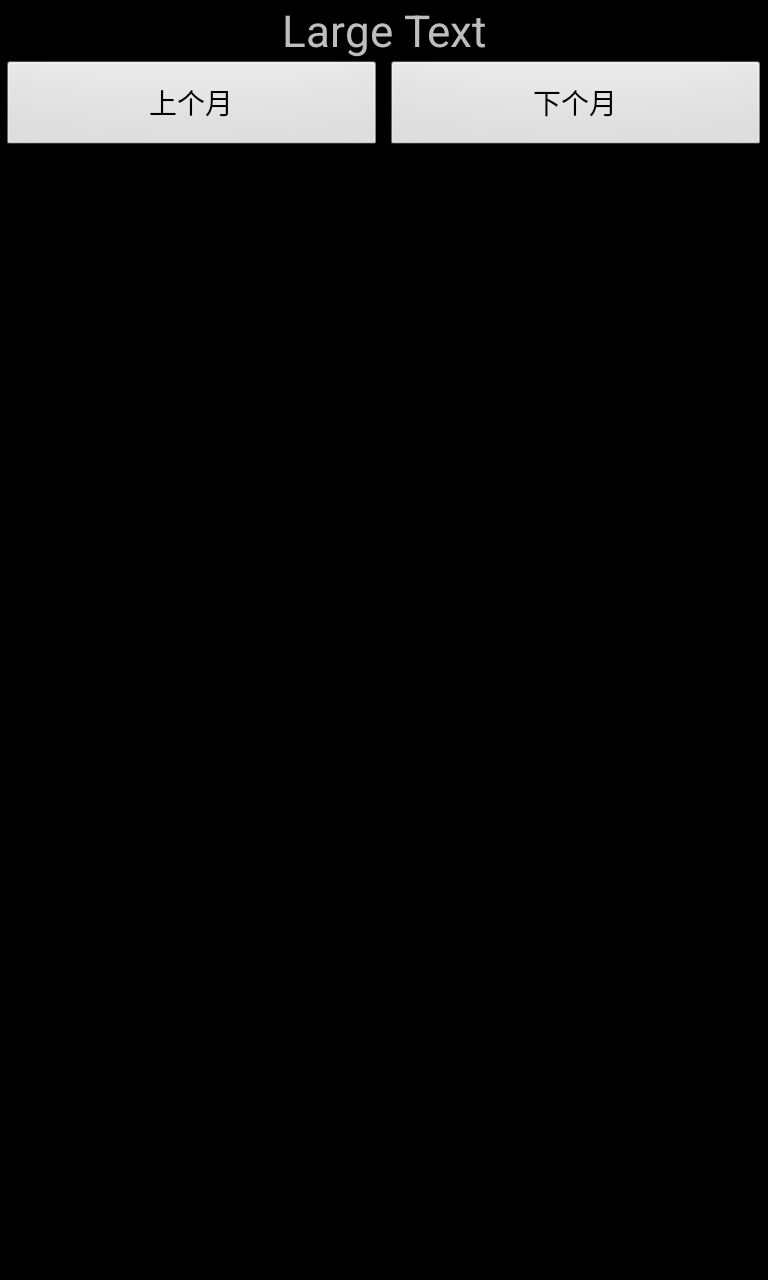
Repository: gongxinge/money-android
Layout: P2P/res/layout/billdetaillist.xml
The author's editor kept a copy of each file at every save. The layout is drawn from the files as they stood at one save, then again after the next save.
It is drawn on a 768 x 1280 px phone screen (xhdpi) without system bars, with theme android:Theme; the app's code is not run. Lists and similar views that code fills are empty.

Above is the layout before, as saved 2015-06-28 08:20:02.

### P2P/res/layout/billdetaillist.xml
<?xml version="1.0" encoding="utf-8"?>
<LinearLayout xmlns:android="http://schemas.android.com/apk/res/android"
    android:layout_width="match_parent"
    android:layout_height="match_parent"
    android:orientation="vertical" >
    <LinearLayout
        android:id="@+id/llCenter"
        android:layout_width="fill_parent"
        android:layout_height="wrap_content"
        android:orientation="vertical" >
    <TextView
        android:id="@+id/txtMonthInfo"
        android:layout_width="fill_parent"
        android:layout_height="wrap_content"
        android:gravity="center"
        android:text="Large Text"
        android:textSize="22dp" />
</LinearLayout>
    <LinearLayout
        android:id="@+id/llCenter"
        android:layout_width="fill_parent"
        android:layout_height="wrap_content"
        android:orientation="horizontal" >

        <Button
            android:id="@+id/btnBack"
            android:layout_width="wrap_content"
            android:layout_height="wrap_content"
            android:layout_weight="1"
            android:text="上个月" />

        <Button
            android:id="@+id/btnBack"
            android:layout_width="wrap_content"
            android:layout_height="wrap_content"
            android:layout_weight="1"
            android:text="下个月" />
    </LinearLayout>

    <ListView
        android:id="@+id/listView1"
        android:layout_width="match_parent"
        android:layout_height="wrap_content" >
    </ListView>

</LinearLayout>

After the next save:
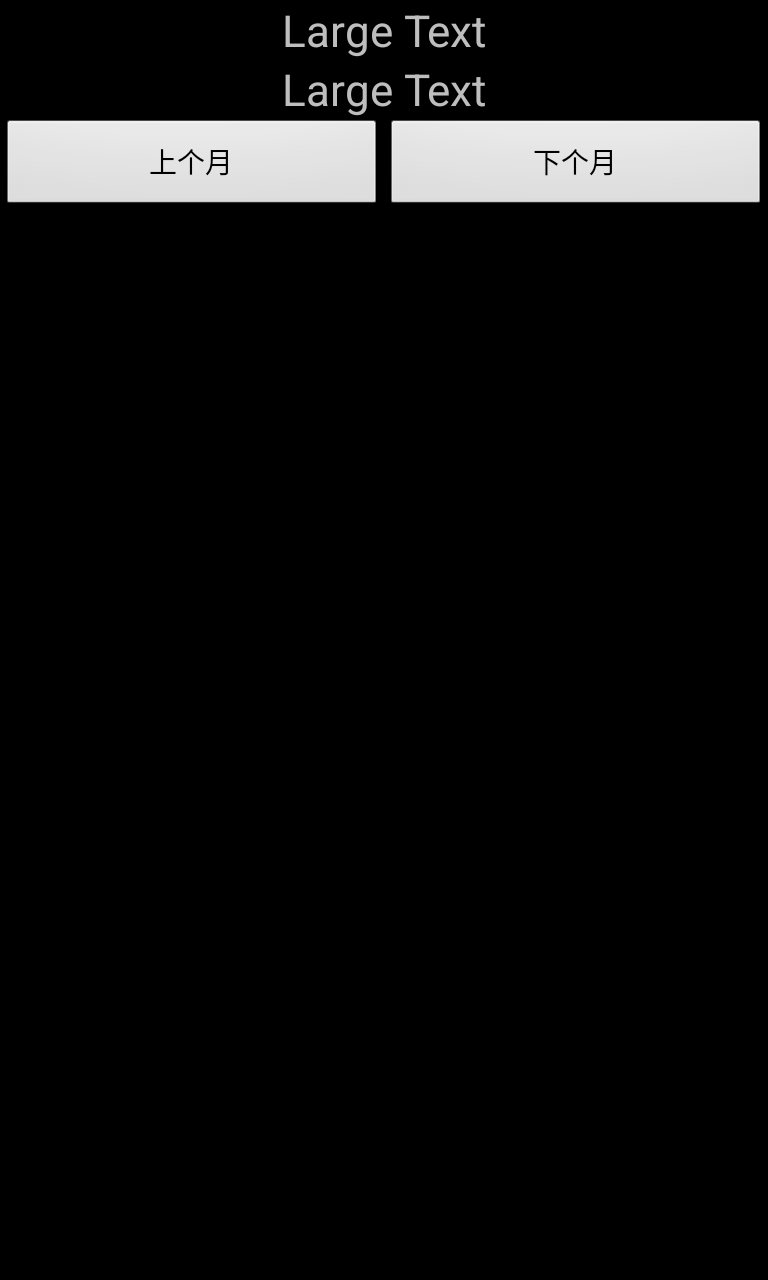
Saved 83 s later.
--- a/P2P/res/layout/billdetaillist.xml
+++ b/P2P/res/layout/billdetaillist.xml
@@ -8,6 +8,13 @@
         android:layout_width="fill_parent"
         android:layout_height="wrap_content"
         android:orientation="vertical" >
+    <TextView
+        android:id="@+id/txtMonthInfo"
+        android:layout_width="fill_parent"
+        android:layout_height="wrap_content"
+        android:gravity="center"
+        android:text="Large Text"
+        android:textSize="22dp" />
     <TextView
         android:id="@+id/txtMonthInfo"
         android:layout_width="fill_parent"
